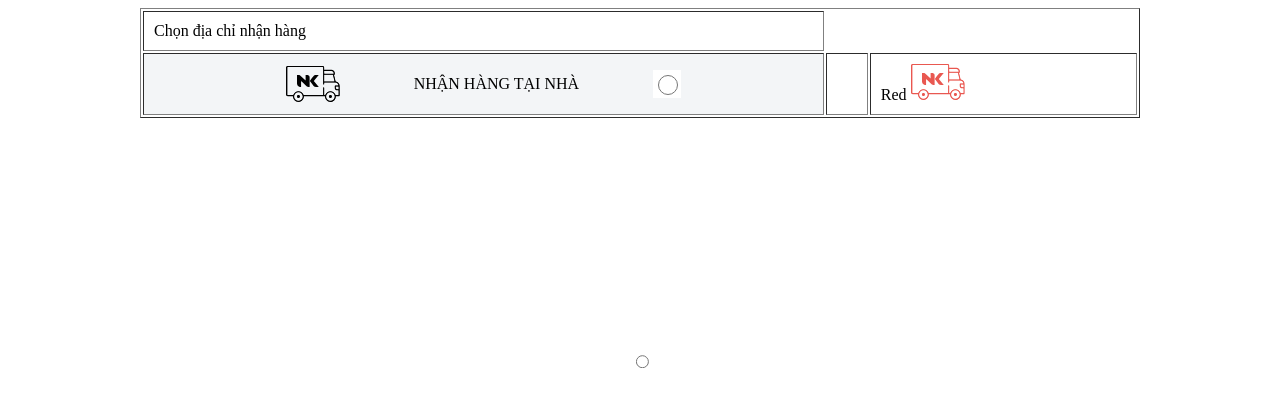
Repository: Tan-Khang21/TH_TKW--Buoi_04
Page: Bai_Tap_Tren_Lop/Bai_03/Bai_03.html
These files come from the project's save history. The page is drawn as it stood at one moment and after the next save; the edit follows.
The browser window is 1280 px wide. The pictures show the whole page.

Above is the page before, as saved 2024-03-07 22:36:24.

After the next save:
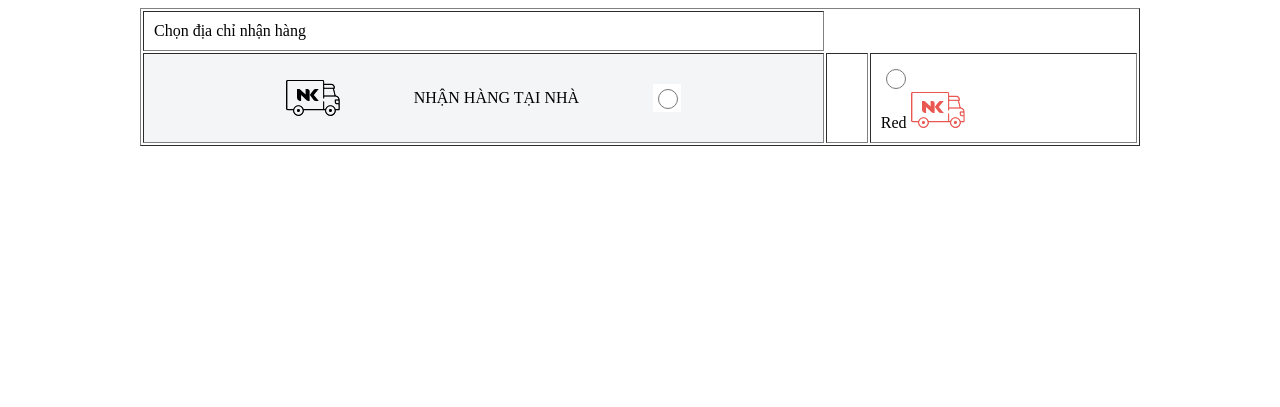
Saved 55 s later.
--- a/Bai_Tap_Tren_Lop/Bai_03/Bai_03.html
+++ b/Bai_Tap_Tren_Lop/Bai_03/Bai_03.html
@@ -98,10 +98,32 @@
           </td>
           <td style="width: 20px"></td>
           <td>
-            <input type="radio" id="redRadio" name="color" value="red" style="accent-color: red;position: absolute;
-            top: 50%;
-            left: 50%;
-            transform: translate(-70%, -60%);" />
+            <div
+                style="
+                  width: 28px;
+                  height: 28px;
+                  background-color: white;
+                  position: relative;
+                "
+              >
+                <input
+                  type="radio"
+                  id="redRadio"
+                  name="color"
+                  value="red"
+                  style="
+                    accent-color: red;
+                    width: 20px;
+                    height: 20px;
+                    background-color: white;
+                    box-sizing: border-box;
+                    position: absolute;
+                    top: 50%;
+                    left: 50%;
+                    transform: translate(-70%, -60%);
+                  "
+                />
+              </div>
             <label for="redRadio">Red</label>
 
             <svg id="icon" width="54" height="36" viewBox="0 0 54 36" fill="none" xmlns="http://www.w3.org/2000/svg">

After the save that followed:
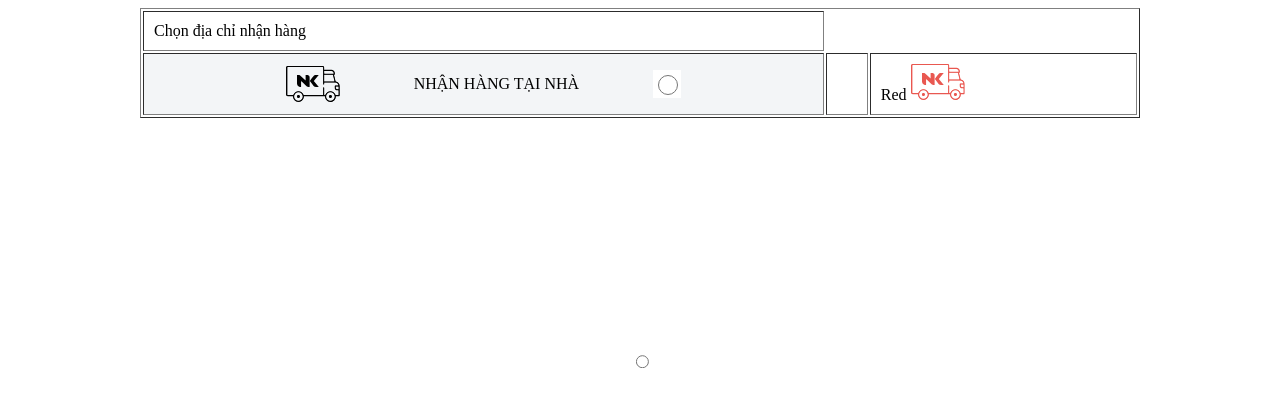
Saved 36 s later.
--- a/Bai_Tap_Tren_Lop/Bai_03/Bai_03.html
+++ b/Bai_Tap_Tren_Lop/Bai_03/Bai_03.html
@@ -98,32 +98,12 @@
           </td>
           <td style="width: 20px"></td>
           <td>
-            <div
-                style="
-                  width: 28px;
-                  height: 28px;
-                  background-color: white;
-                  position: relative;
-                "
-              >
-                <input
-                  type="radio"
-                  id="redRadio"
-                  name="color"
-                  value="red"
-                  style="
-                    accent-color: red;
-                    width: 20px;
-                    height: 20px;
-                    background-color: white;
-                    box-sizing: border-box;
-                    position: absolute;
-                    top: 50%;
-                    left: 50%;
-                    transform: translate(-70%, -60%);
-                  "
-                />
-              </div>
+            <div>
+            <input type="radio" id="redRadio" name="color" value="red" style="accent-color: red;position: absolute;
+            top: 50%;
+            left: 50%;
+            transform: translate(-70%, -60%);" />
+            </div>
             <label for="redRadio">Red</label>
 
             <svg id="icon" width="54" height="36" viewBox="0 0 54 36" fill="none" xmlns="http://www.w3.org/2000/svg">
